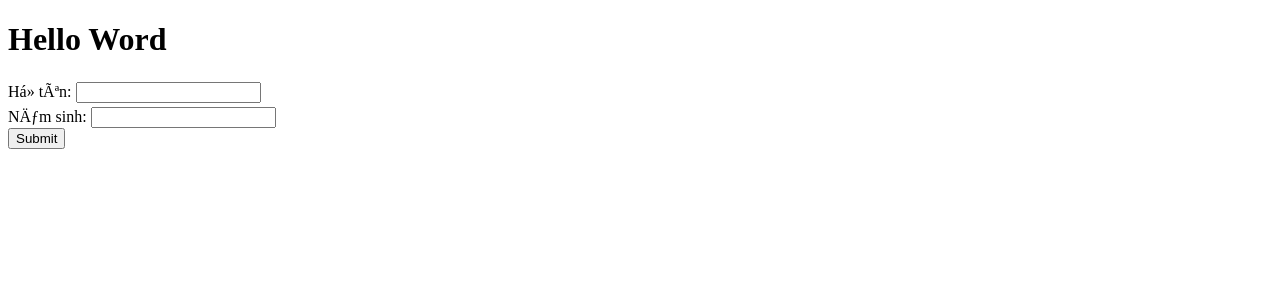
Repository: LuanPink/utils
Page: http://localhost/Bai1_Helloord/
The author's editor kept a copy of each file at every save. The page is drawn from the files as they stood at one save, then again after the next save.
The browser window is 1280 px wide. The pictures show the whole page.
The page is served by Tomcat 9. Other server files are loaded and not shown.

Above is the page before, as saved 2023-06-28 01:13:16.

### Bai1_Helloord/src/main/webapp/index.jsp
<%@ page language="java" contentType="text/html; charset=ISO-8859-1"
    pageEncoding="ISO-8859-1"%>
<!DOCTYPE html>
<html>
<head>
<meta charset="ISO-8859-1">
<title>Insert title here</title>
</head>
<body>
	<form action="/Bai1_Helloord/tinhtuoi" method="post">
	<h1>Hello Word</h1>
	Họ tên: <input name="hoTen" /><br>
	Năm sinh: <input name="namSinh"/><br>
	<input type="submit" value="Submit"/>
	</form>

</body>
</html>

After the next save:
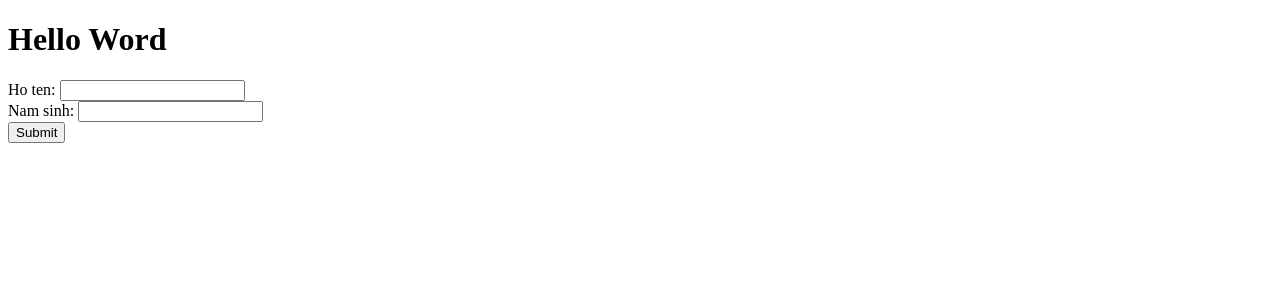
Saved 63 s later.
--- a/Bai1_Helloord/src/main/webapp/index.jsp
+++ b/Bai1_Helloord/src/main/webapp/index.jsp
@@ -9,8 +9,8 @@
 <body>
 	<form action="/Bai1_Helloord/tinhtuoi" method="post">
 	<h1>Hello Word</h1>
-	Họ tên: <input name="hoTen" /><br>
-	Năm sinh: <input name="namSinh"/><br>
+	Ho ten: <input name="hoTen" /><br>
+	Nam sinh: <input name="namSinh"/><br>
 	<input type="submit" value="Submit"/>
 	</form>
 
